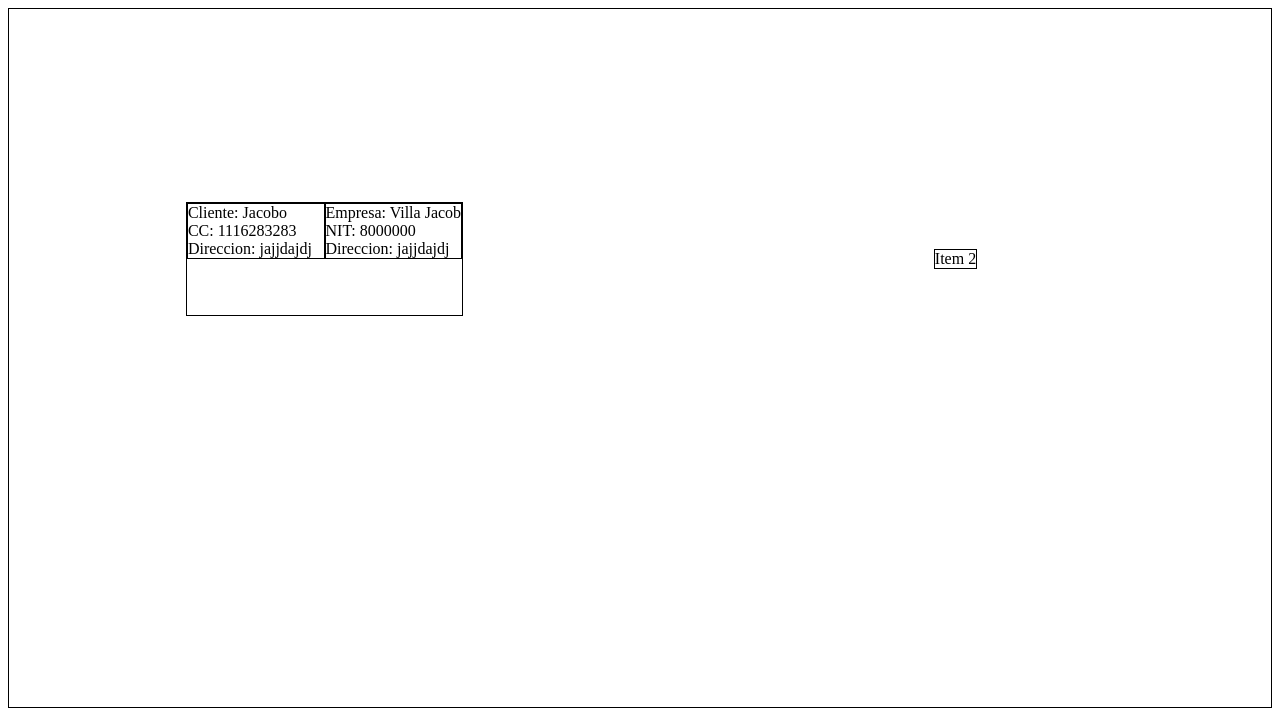
Repository: MrVanQish/FacturaEstructura
Page: index.html
The author's editor kept a copy of each file at every save. The page is drawn from the files as they stood at one save, then again after the next save.
The browser window is 1280 px wide. The pictures show the whole page.

Above is the page before, as saved 2021-09-29 09:22:07.

### index.html
<!DOCTYPE html>
<html lang="en">
<head>
    <meta charset="UTF-8">
    <meta http-equiv="X-UA-Compatible" content="IE=edge">
    <meta name="viewport" content="width=device-width, initial-scale=1.0">
    <title>Document</title>
    <link rel="stylesheet" href="styles.css">
</head>
<body>

    <div class="wrapper">
        <div class="factura1">
                <div class="infoEmpresa-f">
                    Empresa: Villa Jacob
                    <br>
                    NIT: 8000000
                    <br>
                    Direccion: jajjdajdj
                </div>
                <div class="infoCliente-f">
                    Cliente: Jacobo
                    <br>
                    CC: 1116283283
                    <br>
                    Direccion: jajjdajdj
                </div>

                <!-- //t -->
            <div class="body-f">

            </div>
        </div>

        <div class="factura2">Item 2</div>
       </div>

</body>
</html>

### styles.css
.wrapper {
    height: 97vh;
    border: 1px solid #000;
    display: grid;
    grid-template-columns: 1fr 1fr;
    grid-template-rows: 500px;
    grid-template-areas:
      "f1 f2";
  }

  .factura1 {

    display: grid;
    grid-area: f1;
    align-self: center;
    border: 1px solid #000;
    justify-self: center;
    grid-template-columns: 1fr 1fr;
    grid-template-rows: 1fr 1fr;
    grid-template-areas:
      "infoCliente-f infoEmpresa-f" ;
  }

  .factura2 {
    grid-area: f2;
    border: 1px solid #000;
    align-self: center;
    justify-self: center;
  }

@page {
    size: A4 landscape;
}


.infoEmpresa-f{

    grid-area: infoEmpresa-f;
    border: 1px solid #000;
/*     align-self: center;
    justify-self: center; */

}

.infoCliente-f{
    grid-area: infoCliente-f;
    border: 1px solid #000;
/*     align-self: center;
    justify-self: center; */
}

After the next save:
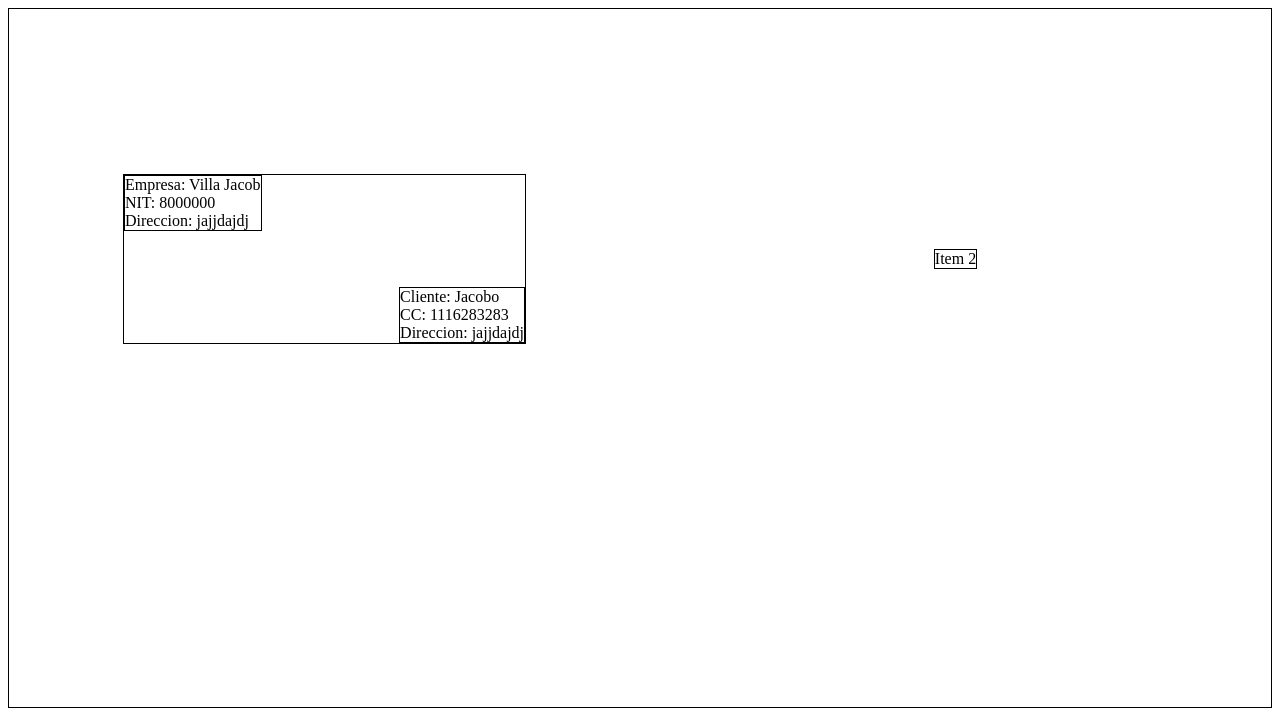
Saved 16 s later.
--- a/styles.css
+++ b/styles.css
@@ -18,7 +18,7 @@
     grid-template-columns: 1fr 1fr;
     grid-template-rows: 1fr 1fr;
     grid-template-areas:
-      "infoCliente-f infoEmpresa-f" ;
+      "infoEmpresa-f" ;
   }
 
   .factura2 {
